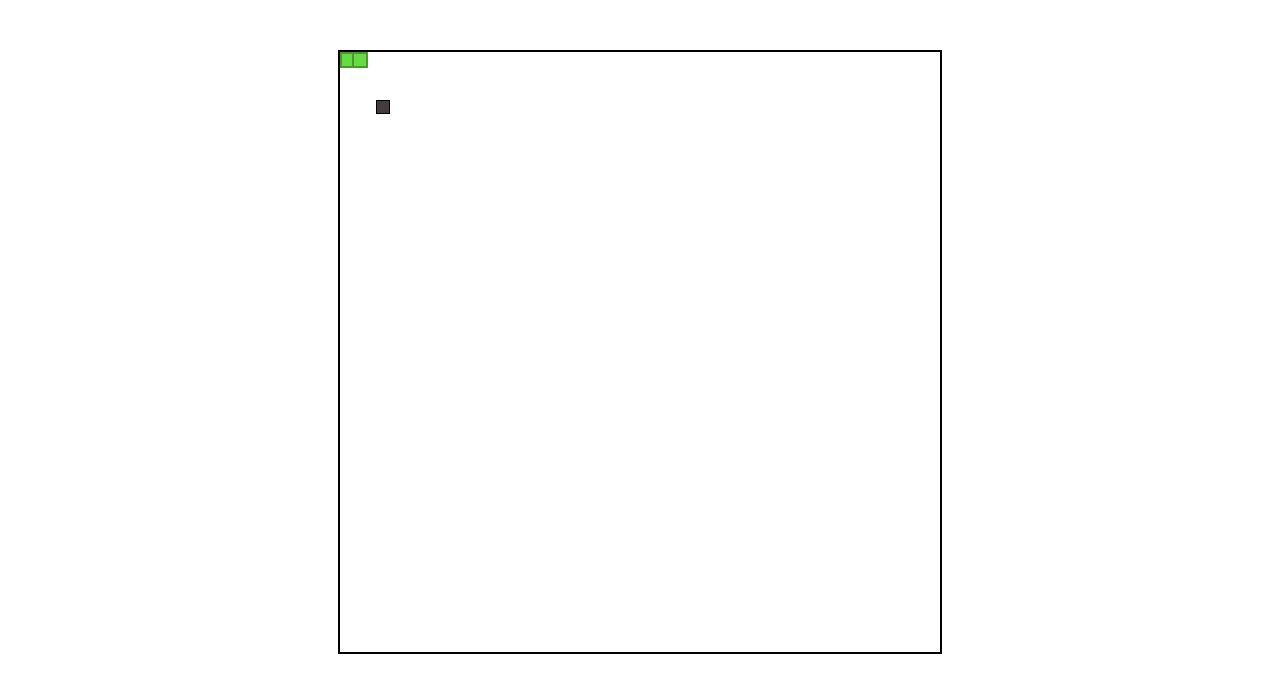
Repository: Krashgul/React_Snake_Game
Page: /
The author's editor kept a copy of each file at every save. The page is drawn from the files as they stood at one save, then again after the next save.
The browser window is 1280 px wide. The pictures show the whole page.
The project was rebuilt for these pictures with package versions that can differ from the ones it lists, and the page was loaded fresh each time.

Above is the page before, as saved 2021-02-24 00:30:57.

After the next save:
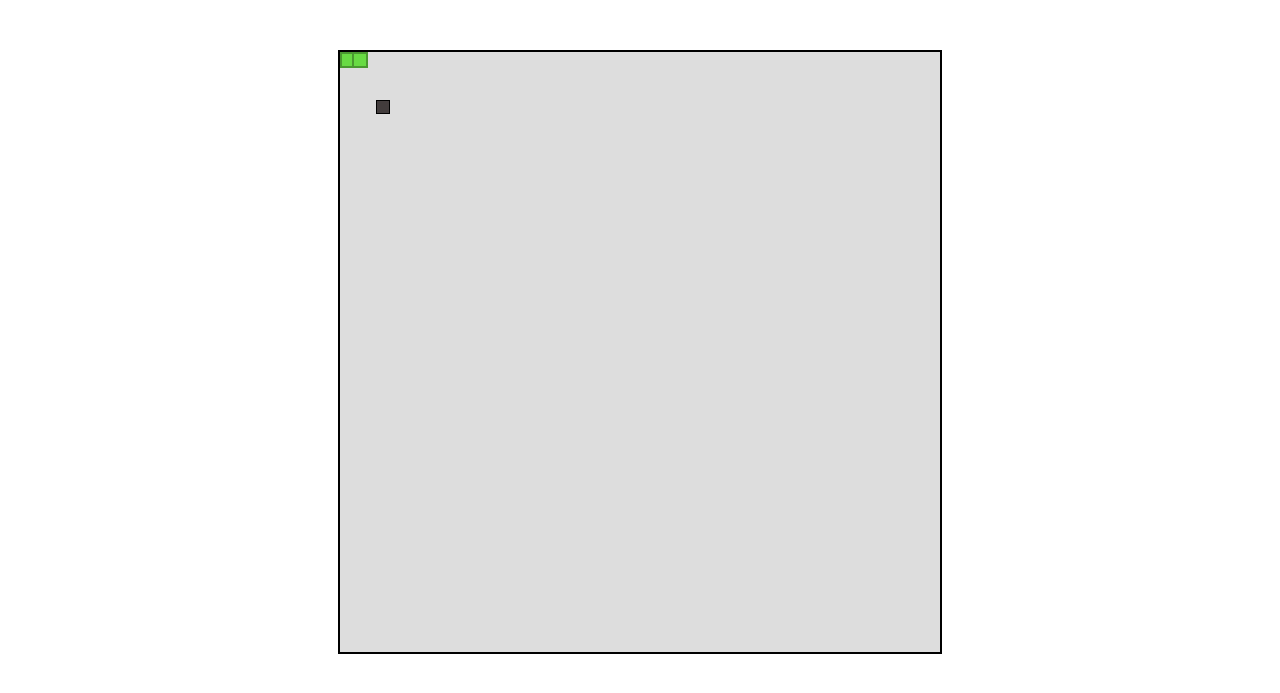
Saved 18 s later.
--- a/src/index.css
+++ b/src/index.css
@@ -3,6 +3,7 @@
   margin: 50px auto;
   width: 600px;
   height: 600px;
+  background-color: #ddd;
   border: 2px solid #000;
 }
 
